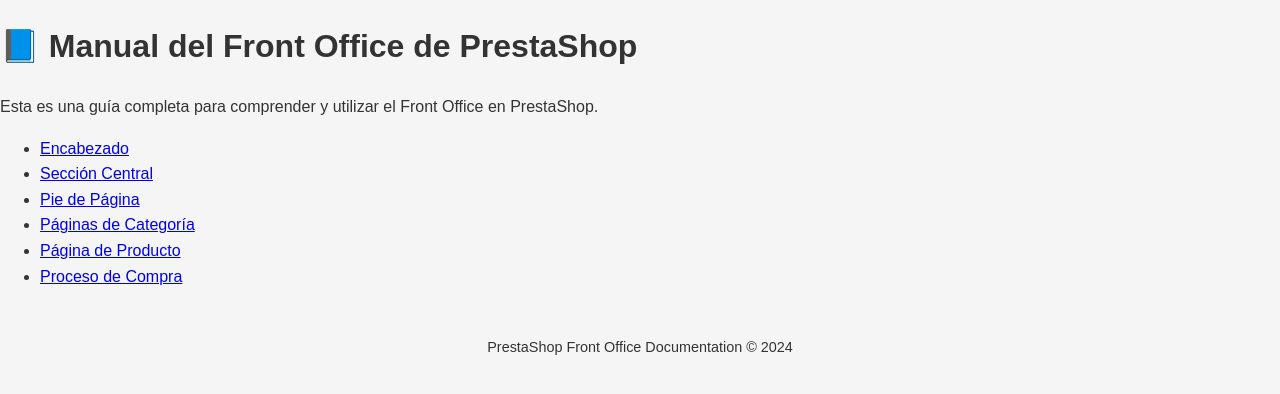
Repository: mag00s/documentacion-prestashop
Page: index.html
An editor plug-in stored every save of this project. The page is shown before and after the next save, followed by the edit.
The browser window is 1280 px wide. The pictures show the whole page.

Above is the page before, as saved 2024-11-13 16:35:42.

### index.html
<!DOCTYPE html>
<html lang="es">
<head>
    <meta charset="UTF-8">
    <meta name="viewport" content="width=device-width, initial-scale=1.0">
    <title>Manual del Front Office - PrestaShop</title>
    <link rel="stylesheet" href="styles.css">
</head>
<body>
    <header>
        <h1>📘 Manual del Front Office de PrestaShop</h1>
        <p>Esta es una guía completa para comprender y utilizar el Front Office en PrestaShop.</p>
    </header>

    <nav>
        <ul>
            <li><a href="header.html">Encabezado</a></li>
            <li><a href="central-section.html">Sección Central</a></li>
            <li><a href="footer.html">Pie de Página</a></li>
            <li><a href="category-page.html">Páginas de Categoría</a></li>
            <li><a href="product-page.html">Página de Producto</a></li>
            <li><a href="checkout.html">Proceso de Compra</a></li>
        </ul>
    </nav>

    <footer>
        <p>PrestaShop Front Office Documentation © 2024</p>
    </footer>
</body>
</html>

### styles.css
/* Colores principales de la página */
:root {
    --primary-color: #2eacce;
    --secondary-color: #f5f5f5;
    --text-color: #333;
    --border-color: #ddd;
}

/* Estilo para el cuerpo de la página */
body {
    font-family: Arial, sans-serif;
    line-height: 1.6;
    margin: 0;
    padding: 0;
    color: var(--text-color);
    background-color: var(--secondary-color);
}

/* Contenedor principal */
.container {
    max-width: 1200px;
    margin: 0 auto;
    background-color: white;
    padding: 20px;
    box-shadow: 0 2px 4px rgba(0,0,0,0.1);
}

/* Cabecera */
.header {
    background-color: var(--primary-color);
    color: white;
    padding: 2rem;
    text-align: center;
}

/* Barra de navegación */
.navigation {
    position: sticky;
    top: 0;
    background: white;
    padding: 1rem;
    border-bottom: 1px solid var(--border-color);
    z-index: 100;
}

.nav-list {
    list-style: none;
    padding: 0;
    display: flex;
    gap: 1rem;
    flex-wrap: wrap;
}

.nav-item a {
    text-decoration: none;
    color: var(--text-color);
    cursor: pointer;
    padding: 0.5rem 1rem;
    background: var(--secondary-color);
    border-radius: 4px;
}

.nav-item a:hover {
    background: var(--primary-color);
    color: white;
}

/* Secciones de contenido */
.section {
    margin: 2rem 0;
    padding: 1rem;
    border: 1px solid var(--border-color);
    border-radius: 4px;
}

/* Pie de página */
footer {
    text-align: center;
    padding: 1rem;
    font-size: 0.9rem;
}

After the next save:
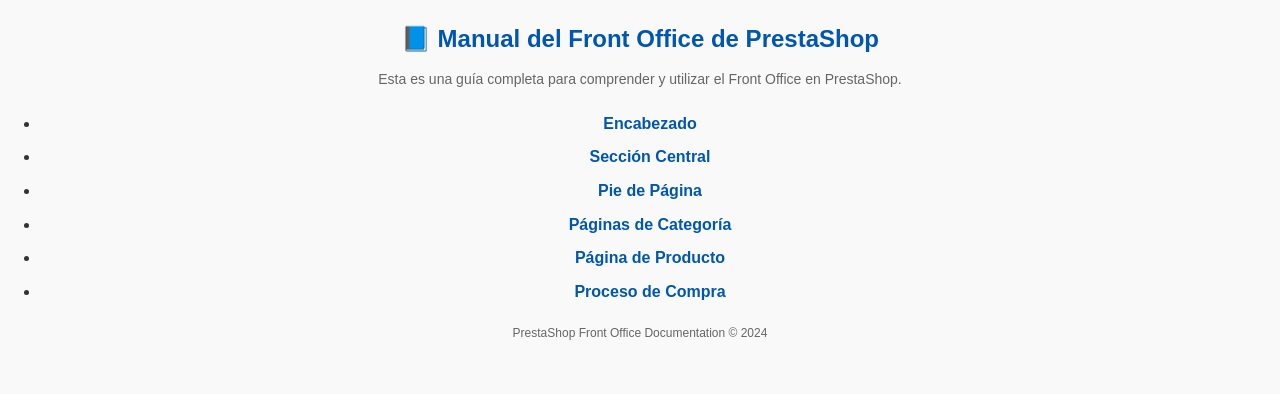
Saved 6 min 49 s later.
--- a/styles.css
+++ b/styles.css
@@ -1,81 +1,117 @@
-/* Colores principales de la página */
-:root {
-    --primary-color: #2eacce;
-    --secondary-color: #f5f5f5;
-    --text-color: #333;
-    --border-color: #ddd;
+/* General Reset */
+* {
+    margin: 0;
+    padding: 0;
+    box-sizing: border-box;
 }
 
-/* Estilo para el cuerpo de la página */
+/* Body and Font */
 body {
     font-family: Arial, sans-serif;
     line-height: 1.6;
-    margin: 0;
-    padding: 0;
-    color: var(--text-color);
-    background-color: var(--secondary-color);
+    color: #333;
+    background-color: #f9f9f9;
+    padding: 20px;
 }
 
-/* Contenedor principal */
+/* Container */
 .container {
-    max-width: 1200px;
+    max-width: 800px;
     margin: 0 auto;
-    background-color: white;
     padding: 20px;
-    box-shadow: 0 2px 4px rgba(0,0,0,0.1);
+    background-color: #fff;
+    border-radius: 8px;
+    box-shadow: 0px 4px 10px rgba(0, 0, 0, 0.1);
 }
 
-/* Cabecera */
-.header {
-    background-color: var(--primary-color);
-    color: white;
-    padding: 2rem;
+/* Header */
+header {
+    text-align: center;
+    margin-bottom: 20px;
+}
+
+header h1 {
+    font-size: 24px;
+    color: #0056b3;
+}
+
+header p {
+    font-size: 14px;
+    color: #666;
+}
+
+/* Navigation */
+nav {
+    margin-bottom: 20px;
     text-align: center;
 }
 
-/* Barra de navegación */
-.navigation {
-    position: sticky;
-    top: 0;
-    background: white;
-    padding: 1rem;
-    border-bottom: 1px solid var(--border-color);
-    z-index: 100;
+nav a {
+    color: #0056b3;
+    text-decoration: none;
+    margin: 0 10px;
+    font-weight: bold;
 }
 
-.nav-list {
-    list-style: none;
-    padding: 0;
-    display: flex;
-    gap: 1rem;
-    flex-wrap: wrap;
+nav a:hover {
+    text-decoration: underline;
 }
 
-.nav-item a {
-    text-decoration: none;
-    color: var(--text-color);
-    cursor: pointer;
-    padding: 0.5rem 1rem;
-    background: var(--secondary-color);
-    border-radius: 4px;
+/* Main Content */
+h1, h2, h3 {
+    color: #0056b3;
 }
 
-.nav-item a:hover {
-    background: var(--primary-color);
-    color: white;
+h1 {
+    font-size: 24px;
+    margin-bottom: 10px;
 }
 
-/* Secciones de contenido */
-.section {
-    margin: 2rem 0;
-    padding: 1rem;
-    border: 1px solid var(--border-color);
-    border-radius: 4px;
+h2 {
+    font-size: 20px;
+    margin-top: 20px;
 }
 
-/* Pie de página */
+h3 {
+    font-size: 18px;
+    margin-top: 15px;
+}
+
+p, ul, ol {
+    margin-bottom: 10px;
+}
+
+ul, ol {
+    padding-left: 20px;
+}
+
+ul li {
+    margin-bottom: 8px;
+}
+
+/* Footer Navigation */
 footer {
+    margin-top: 20px;
     text-align: center;
-    padding: 1rem;
-    font-size: 0.9rem;
 }
+
+footer p {
+    font-size: 12px;
+    color: #666;
+}
+
+/* Button-like Links */
+.button-link {
+    display: inline-block;
+    background-color: #0056b3;
+    color: white;
+    padding: 8px 12px;
+    border-radius: 5px;
+    text-decoration: none;
+    margin: 5px 0;
+    font-size: 14px;
+}
+
+.button-link:hover {
+    background-color: #003d80;
+}
